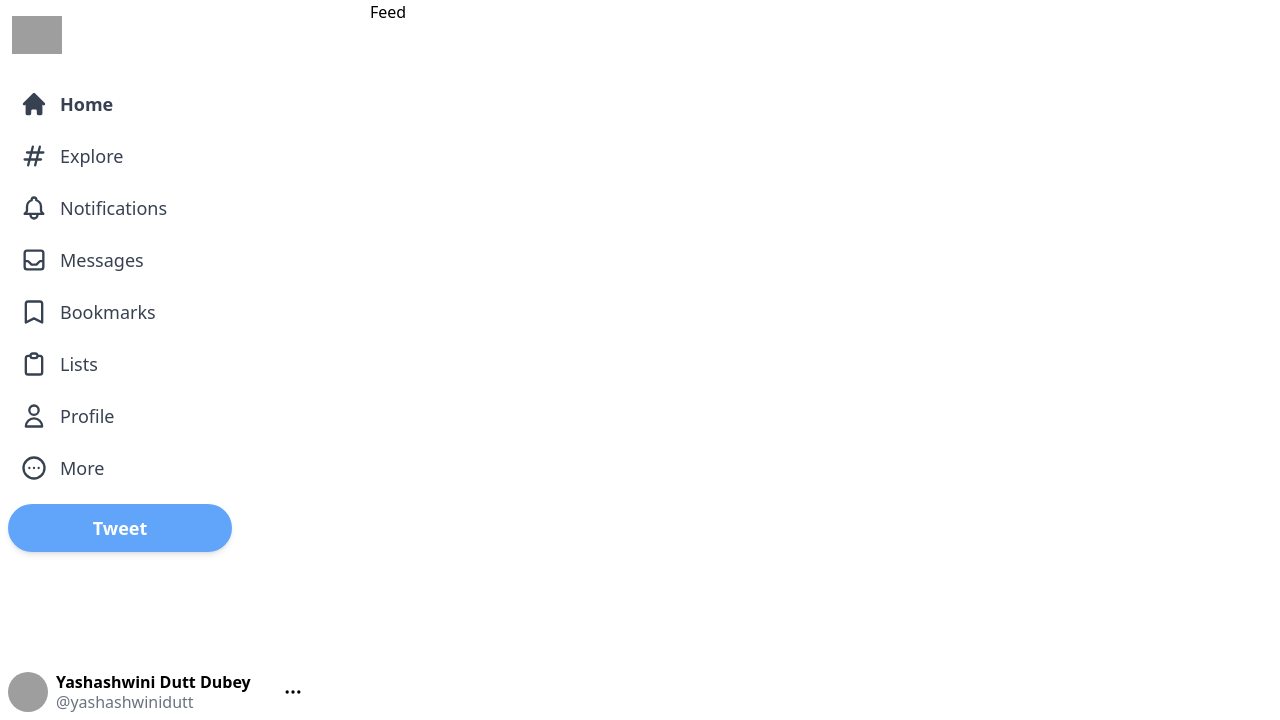
Repository: Yashashwinidutt/twitter
Page: /
An editor plug-in stored every save of this project. The page is shown before and after the next save, followed by the edit.
The browser window is 1280 px wide. The pictures show the whole page.
Pictures or frames that could not be fetched are drawn as grey boxes. The project was rebuilt for these pictures with package versions that can differ from the ones it lists, and the page was loaded fresh each time. The framework's server and built-in components were replaced by stand-ins that run in the browser. Also part of the build but not shown: next.config.js.

Above is the page before, as saved 2023-02-27 13:49:41.

After the next save:
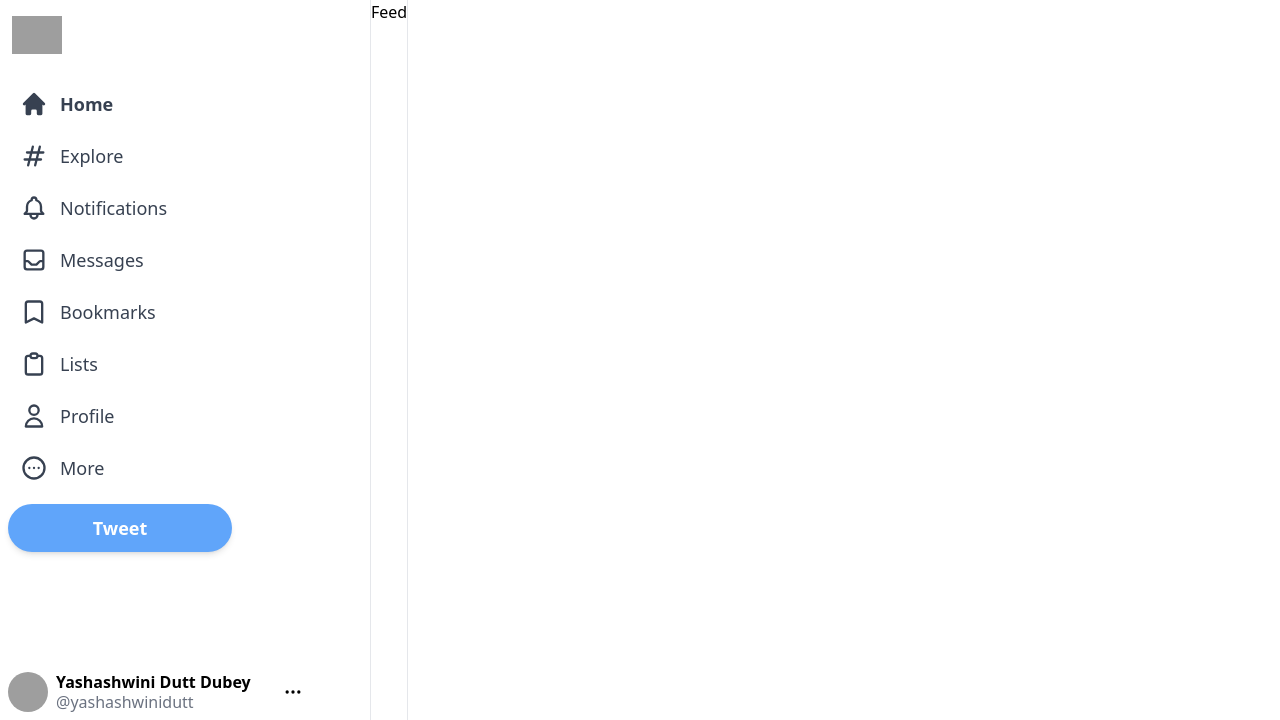
Saved 5 min 23 s later.
--- a/components/Feed.js
+++ b/components/Feed.js
@@ -1,5 +1,5 @@
 export default function Feed() {
   return (
-    <div className="xl:ml-[370px]">Feed</div>
+    <div className="xl:ml-[370px] border-l border-r xl-:min-w-[576px]">Feed</div>
   )
 }
